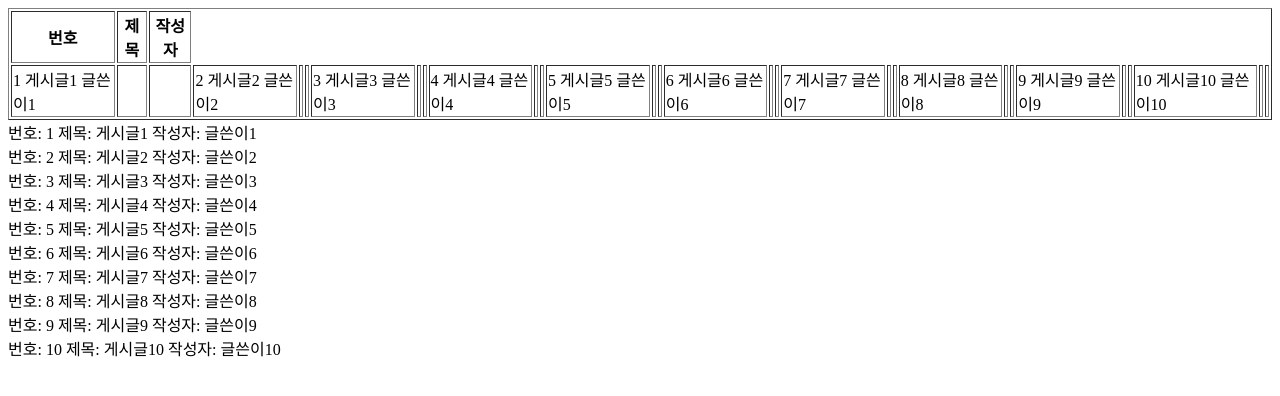
Repository: Luho0113/SpringBootStudy
Page: http://localhost/web/list.jsp
An editor plug-in stored every save of this project. The page is shown before and after the next save, followed by the edit.
The browser window is 1280 px wide. The pictures show the whole page.
The page is served by Tomcat 9.

Above is the page before, as saved 2023-05-03 03:16:59.

After the next save:
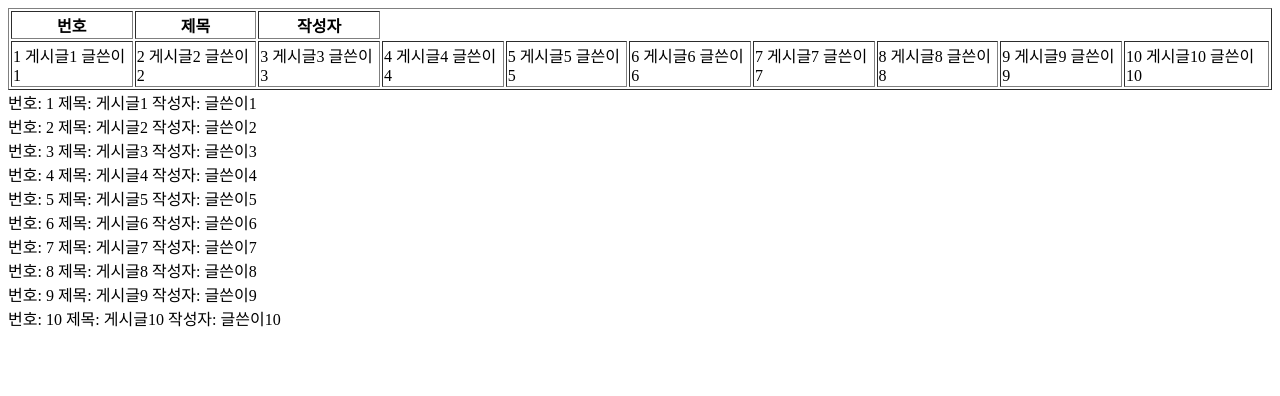
Saved 11 s later.
--- a/web/src/main/webapp/list.jsp
+++ b/web/src/main/webapp/list.jsp
@@ -47,12 +47,7 @@ for(int i=1;i<=10;i++){
 				out.println(map.get("bi_writer"));
 				%>
 			</td>
-			<td>
 
-			</td>
-			<td>
-
-			</td>
 
 			<%}
 		%>
